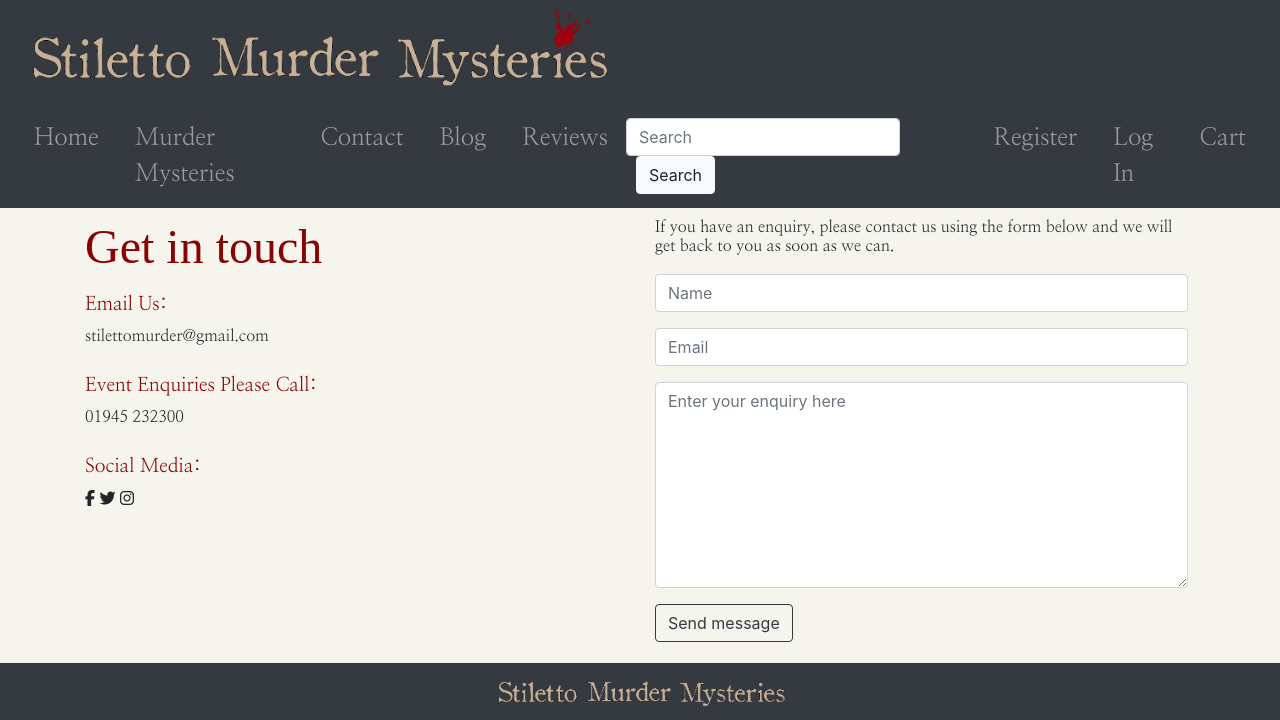
Repository: TaylorD1982/murder-milestone
Page: home/templates/contact.html
The author's editor kept a record of every edit. The page is drawn from the files as they stood at one moment, then again after the next edit.
The browser window is 1280 px wide. The pictures show the whole page.
Some icons come from a web library that is not loaded, so they are not drawn. Some web fonts or font styles are not loaded; a fallback is used. Some web libraries are served in a nearby version. The template is drawn by Django 2.2. The application's start-up code is not run. Other server files are loaded and not shown. The template is opened directly, without the code that normally fills it, so the values that code supplies are empty.

Above is the page before.
Console error (its wording comes from the project's code and is left out).

### home/templates/contact.html
{% extends 'base.html' %} {% block content %}

<div class="container">
  <div class="row contact">
    <div class="col-sm-12 col-md-12 col-lg-6 col-xl-6">

      <!-- Right hand column of bootsttap grid, showing contact details and social media -->

      <h2 class="contact-title">Get in touch</h2>

      <h3 class="contact-heading">Email Us:</h3>
      <p class="contact-content">stilettomurder@gmail.com</p>

      <h3 class="contact-heading">Event Enquiries Please Call:</h3>
      <p class="contact-content">01945 232300</p>

      <h3 class="contact-heading">Social Media:</h3>
        <p>
          <a href="https://facebook.com" target="_blank" class="fa fa-facebook fa-large" style="color:#212529;"></a>
          <a href="https://twitter.com" target="_blank" class="fa fa-twitter fa-large" style="color:#212529;"></a>
          <a href="https://instagram.com" target="_blank" class="fa fa-instagram fa-large" style="color:#212529;"></a>
        </p>
    </div>

    <div class="col-sm-12 col-md-12 col-lg-6 col-xl-6">

    <!-- Left hand column of bootsttap grid, displaying the contact form-->

      <h2 class="contact-content">If you have an enquiry, please contact us using the form below and we will get back to you as soon as we can.</h2>

      <!-- Contact form-->

      <form onsubmit="return sendMail(this);">
        <div class="form-group">
          <input type="text" name="name" class="form-control" id="fullname" placeholder="Name" required/>
        </div>
        <div class="form-group">
          <input type="text" name="emailaddress" class="form-control" id="emailaddress" placeholder="Email" required>
        </div>
        <div class="form-group">
          <textarea rows="8" name="query" class="form-control" id="query" placeholder="Enter your enquiry here" required></textarea>
        </div>
        <button type="submit" class="btn btn-outline-dark">Send message</button>
      </form>

    </div>

  </div>

</div>

{% endblock %}

### templates/base.html
{% load staticfiles %}
<!DOCTYPE html>
<html lang="en">

<head>
    <meta charset="UTF-8">
    <meta name="viewport" content="width=device-width, initial-scale=1.0">
    <meta http-equiv="X-UA-Compatible" content="ie=edge">
    <title>Stiletto Murder Mysteries</title>
    <link rel="stylesheet" href="https://stackpath.bootstrapcdn.com/bootstrap/4.3.1/css/bootstrap.min.css" integrity="sha384-ggOyR0iXCbMQv3Xipma34MD+dH/1fQ784/j6cY/iJTQUOhcWr7x9JvoRxT2MZw1T" crossorigin="anonymous">
    <link rel="stylesheet" href="{% static 'font-awesome/css/font-awesome.min.css' %}">
    <link rel="stylesheet" href="{% static 'css/custom.css' %}">
    <script src="https://cdnjs.cloudflare.com/ajax/libs/twitter-bootstrap/3.3.7/js/bootstrap.min.js"></script>
    <script src="https://code.jquery.com/jquery-3.2.1.slim.min.js" integrity="sha384-KJ3o2DKtIkvYIK3UENzmM7KCkRr/rE9/Qpg6aAZGJwFDMVNA/GpGFF93hXpG5KkN" crossorigin="anonymous"></script>
    <script src="https://cdnjs.cloudflare.com/ajax/libs/popper.js/1.12.9/umd/popper.min.js" integrity="sha384-ApNbgh9B+Y1QKtv3Rn7W3mgPxhU9K/ScQsAP7hUibX39j7fakFPskvXusvfa0b4Q" crossorigin="anonymous"></script>
    <link rel="icon" href="{% static 'images/icon.png' %}">
    <script type="text/javascript" src="https://cdn.jsdelivr.net/npm/emailjs-com@2.3.2/dist/email.min.js"></script>
    <script type="text/javascript">
        (function() {
            emailjs.init("user_UbfQMZPiQGURDwMtv5SCI");
        })();
    </script>


    <link href="https://fonts.googleapis.com/css2?family=Italianno&display=swap" rel="stylesheet">
    <script src="https://kit.fontawesome.com/5336900852.js" crossorigin="anonymous"></script>
    <link href="https://fonts.googleapis.com/css?family=Nanum+Myeongjo&display=swap" rel="stylesheet"> {% block head_js %} {% endblock head_js %}
</head>

<body class="body">
    <div class="page">
        <div class="row banner no-gutters">
            <div class="col-sm-12 col-md-12 col-lg-6 col-xl-6">
                <div>
                    <img width="100%" src="{% static 'images/banner-desktop-blood.png' %}" alt="Stiletto Murder Mysteries" class="mobileHide">
                </div>
                <div>
                    <img width="100%" src="{% static 'images/banner-mobile-blood.png' %}" alt="Stiletto Murder Mysteries" class="mobileShow">
                </div>
            </div>
            <div class="col-sm-12 col-md-12 col-lg-6 col-xl-6 banner-icons mobileHide">
                <div class="banner-contact">
                    <div>
                        <i class="fas fa-phone contact-navbar">&nbsp;&nbsp;01945 232300</i>
                    </div>
                    <div>
                        <i class="far fa-question-circle contact-navbar">&nbsp;&nbsp;stilettomurder@gmail.com</i>
                    </div>
                </div>
                <div class="banner-social-media">
                    <a href="https://facebook.com" target="_blank" class="fa fa-facebook"></a>
                    <a href="https://twitter.com" target="_blank" class="fa fa-twitter fa-large"></a>
                    <a href="https://instagram.com" target="_blank" class="fa fa-instagram fa-large"></a>
                </div>
            </div>
        </div>

        <!-- Fixed masthead -->

        <nav class="navbar navbar-expand-lg navbar-dark bg-dark">
            <button class="navbar-toggler mx-auto" type="button" data-toggle="collapse" data-target="#navbarNavAltMarkup" aria-controls="navbarNavAltMarkup" aria-expanded="false" aria-label="Toggle navigation">
    <span class="navbar-toggler-icon"></span>
  </button>
            <div class="collapse navbar-collapse" id="navbarNavAltMarkup">
                <ul class="navbar-nav mr-auto">
                    <li class="nav-item">
                        <a class="nav-link" href="/">Home</a>
                    </li>
                    <li class="nav-item">
                        <a class="nav-link" href="{% url 'products' %}">Murder Mysteries</a>
                    </li>
                    <li class="nav-item">
                        <a class="nav-link" href="{% url 'contact' %}">Contact</a>
                    </li>
                    <li class="nav-item">
                        <a class="nav-link" href="{% url 'get_posts' %}">Blog</a>
                    </li>
                    <li class="nav-item">
                        <a class="nav-link" href="{% url 'get_reviews' %}">Reviews</a>
                    </li>
                </ul>
                <form class="form-inline my-2 my-lg-0" action="{% url 'search' %}" method="get">
                    <input class="form-control search-box mr-sm-2" placeholder="Search" aria-label="Search" type="text" name="q">
                    <button class="btn btn-light my-2 my-sm-0" type="submit">Search</button>
                </form>
                <ul class="navbar-nav ml-auto">
                    {% if user.is_authenticated %}
                    <li class="nav-item">
                        <a class="nav-link" href="{% url 'profile' %}">Profile</a>
                    </li>
                    <li class="nav-item">
                        <a class="nav-link" href="{% url 'logout' %}">Log Out</a>
                    </li>
                    {% else %}
                    <li class="nav-item">
                        <a class="nav-link" href="{% url 'registration' %}">Register</a>
                    </li>
                    <li class="nav-item">
                        <a class="nav-link" href="{% url 'login' %}">Log In</a>
                    </li>
                    {% endif %}
                    <li class="nav-item">
                        <a class="nav-link" href="{% url 'view_cart' %}">
                        <i class="fa fa-shipping-cart"></i>Cart
                        {% if product_count > 0 %}
                        <label class="badge badge-warning">{{ product_count }}</label>
                        {% endif %}
                    </a>
                    </li>
                </ul>
            </div>
        </nav>
        {% if messages %}
        <div class="alert alert-success" role="alert">
            {% for message in messages %} {{ message }} {% endfor %}
        </div>
        {% endif %}
        <div class="home">
            {% block content %}

            <img width="100%" src="{% static 'images/home-page-desktop.png' %}" alt="Football League" class="mobileHide">
            <img width="100%" src="{% static 'images/home-page-mobile.png' %}" alt="Football League" class="mobileShow">


            {% endblock %}
    </div>
    </div>
    <footer class="footer">
        <div>
            <img width="100%" src="{% static 'images/footer-desktop.png' %}" alt="Stiletto Murder Mysteries">
        </div>
    </footer>

    <script src="https://code.jquery.com/jquery-3.3.1.slim.min.js" integrity="sha384-q8i/X+965DzO0rT7abK41JStQIAqVgRVzpbzo5smXKp4YfRvH+8abtTE1Pi6jizo" crossorigin="anonymous"></script>
    <script src="https://cdnjs.cloudflare.com/ajax/libs/popper.js/1.14.7/umd/popper.min.js" integrity="sha384-UO2eT0CpHqdSJQ6hJty5KVphtPhzWj9WO1clHTMGa3JDZwrnQq4sF86dIHNDz0W1" crossorigin="anonymous"></script>
    <script src="https://stackpath.bootstrapcdn.com/bootstrap/4.3.1/js/bootstrap.min.js" integrity="sha384-JjSmVgyd0p3pXB1rRibZUAYoIIy6OrQ6VrjIEaFf/nJGzIxFDsf4x0xIM+B07jRM" crossorigin="anonymous"></script>
</body>

</html>

### static/css/custom.css
/*-------------------------GENERAL STYLING--------*/

.body {
    background-color: #f5f4ed;
}

.form-group {
    padding-right: 7px;
}

.home {
    position: relative;
}

/*-------------buttons--------*/

.btn {
    margin-left: 10px;
}

.btn-outline-dark {
    margin-left: 0px;
}

/*---------------Hiding and resizing on different screen sizes-------*/

.mobileShow {
    display: none;
}

@media only screen and (min-device-width: 0px) and (max-device-width: 1100px) {
    .mobileShow {
        display: inline;
    }
}

.mobileHide {
    display: inline;
}

@media only screen and (min-device-width: 0px) and (max-device-width: 1100px) {
    .mobileHide {
        display: none;
    }
}

/*---------------Below styling makes footer stick to the foot of the page-------*/

html,
body {
    height: 100%;
}

body {
    display: flex;
    flex-direction: column;
}

.page {
    flex: 1 0 auto;
}

.footer {
    flex-shrink: 0;
}

/*-------------------------NAVIGATION BAR--------*/

.navbar-nav {
    font-family: 'Nanum Myeongjo', serif;
    font-size: 1.25em;
}

@media only screen and (min-device-width: 0px) and (max-device-width: 1100px) {
    .navbar-nav {
        font-size: 1.5em;
    }
}

.nav-item {
    padding-left: 10px;
    padding-right: 10px;
}

.fa {
    color: #C7B299;
    font-size: 1em;
    transition: transform .2s;
    margin: 0 auto;
}

.search-box {
    width: 230px;
}

.alert {
    margin-bottom: 0rem;
}

.badge-warning {
    color: #DCDCDC;
    background-color: #8a0303;
}

/*-------------MURDER MYSTERIES--------*/

.product-name {
    font-family: 'Italianno', cursive;
    color: #8a0303;
    font-size: 4em;
}

.product-description {
    font-family: 'Nanum Myeongjo', serif;
    font-size: 1.25em;
}

@media only screen and (min-device-width: 0px) and (max-device-width: 1100px) {
    .product-description {
        font-size: 1.1em;
    }
}

@media only screen and (min-device-width: 0px) and (max-device-width: 1100px) {
    .product-image {
        padding-bottom: 20px;
        padding-left: 50px;
        padding-right: 50px;
    }
}

/*-------------Murder Mysteries Modals--------*/

.modal-title {
    font-family: 'Italianno', cursive;
    color: #8a0303;
    font-size: 2.75em;
    line-height: 1.2em;
}

@media only screen and (min-device-width: 0px) and (max-device-width: 1100px) {
.modal-title {
    padding-top: 25px;
}}

.modal-description {
    font-family: 'Nanum Myeongjo', serif;
    font-size: 1.1em;
}

.modal-header {
    padding-top: 5px;
    padding-left: 10px;
    padding-bottom: 0px;
    border-bottom: none;
}

/*-------------Padding at top of Murder Mysteries page on different screen sizes--------*/

.products {
    padding-top: 30px;
}

@media only screen and (min-device-width: 0px) and (max-device-width: 1100px) {
    .products {
        padding-top: 5px;
    }
}

/*-------------BANNER--------*/

.banner-icons {
    position: relative;
}

.banner-social-media {
    position: absolute;
    bottom: 10px;
    right: 50px;
}

.banner-contact {
    position: absolute;
    bottom: 50px;
    right: 50px;
}

.banner {
    background-color: #343A40;
}

.contact-navbar {
    font-family: 'Nanum Myeongjo', serif;
    font-size: 1em;
    float: right;
    color: #C7B299;
    padding-top: 5px;
    padding-bottom: 10px;
}


/*-------------------------CONTACT PAGE------*/

/*-------------------------Padding at top and bottom of page on different screen sizes-------*/

.contact {
    padding-top: 50px;
    padding-bottom: 15px;
}

@media only screen and (min-device-width: 0px) and (max-device-width: 1100px) {
    .contact {
        padding-top: 10px;
        padding-bottom: 10px;
    }
}

.contact-title {
    font-family: 'Italianno', cursive;
    color: #8a0303;
    font-size: 4em;
    padding-bottom: 20px;
}

@media only screen and (min-device-width: 0px) and (max-device-width: 1100px) {
.contact-title {
    font-size: 3em;
    padding-bottom: 10px;
}}

.contact-heading {
    font-family: 'Nanum Myeongjo', serif;
    font-size: 1.5em;
    color: #8a0303
}

@media only screen and (min-device-width: 0px) and (max-device-width: 1100px) {
.contact-heading {
    font-size: 1.2em;
}}

.contact-content {
    font-family: 'Nanum Myeongjo', serif;
    font-size: 1.3em;
    padding-bottom: 30px;
}

@media only screen and (min-device-width: 0px) and (max-device-width: 1100px) {
    .contact-content {
        font-size: 1em;
        padding-bottom: 10px;
        padding-bottom: 10px;
    }
}

.fa:hover {
    -ms-transform: scale(1.1);
    /* IE 9 */
    -webkit-transform: scale(1.1);
    /* Safari 3-8 */
    transform: scale(1.1);
    color: black;
    text-decoration: none;
}

/*-----------------CART-------*/

/*--------Padding at top and bottom of page on different screen sizes-------*/

.cart {
    padding-top: 50px;
}

@media only screen and (min-device-width: 0px) and (max-device-width: 1100px) {
    .cart {
        padding-top: 10px;
        padding-bottom: 10px;
    }
}

.cart-details {
    font-family: 'Nanum Myeongjo', serif;
    font-size: 1.3em;
    padding-bottom: 10px;
}

@media only screen and (min-device-width: 0px) and (max-device-width: 1100px) {
    .cart-details {
        font-size: 1em;
    }
}

.cart-title {
    font-family: 'Italianno', cursive;
    color: #8a0303;
    font-size: 4em;
    padding-bottom: 20px;
}

@media only screen and (min-device-width: 0px) and (max-device-width: 1100px) {
    .cart-title {
        padding-top: 15px;
        padding-bottom: 0px;
        font-size: 3em;
    }
}

/*----------LOG IN PAGE-------*/

.login-title {
    font-family: 'Italianno', cursive;
    color: #8a0303;
    font-size: 3em;
    padding-bottom: 20px;
}

@media only screen and (min-device-width: 0px) and (max-device-width: 1100px) {
    .login-title {
        font-size: 2em;
    }
}

.login-forgot {
    font-family: 'Italianno', cursive;
    color: #8a0303;
    font-size: 2.2em;
    padding-bottom: 10px;
    padding-top: 30px;
}

@media only screen and (min-device-width: 0px) and (max-device-width: 1100px) {
    .login-forgot {
        font-size: 2em;
    }
}

.login-form {
    padding-right: 155px;
    padding-left: 155px;
    padding-top: 50px;
    padding-bottom: 100px;
}

@media only screen and (min-device-width: 0px) and (max-device-width: 1100px) {
    .login-form {
        padding-right: 15px;
        padding-left: 15px;
        padding-bottom: 15px;
    }
}

/*------------REVIEWS-------*/

.review-box {
    padding-top: 50px;
    padding-bottom: 15px;
}

@media only screen and (min-device-width: 0px) and (max-device-width: 1100px) {
    .review-box {
        padding-top: 55px;
        padding-bottom: 15px;
    }
}

.post-review {
    position: absolute;
    top: 20px;
    right: 50px;
}

@media only screen and (min-device-width: 0px) and (max-device-width: 1100px) {
    .post-review {
        top: 15px;
        left: 8px;
        padding-bottom: 40px;
    }
}

.review-title {
    font-family: 'Italianno', cursive;
    color: #8a0303;
    font-size: 3em;
}

@media only screen and (min-device-width: 0px) and (max-device-width: 1100px) {
    .review-title {
        font-size: 2.5em;
        padding-bottom: 0px;
        padding-top: 10px;
    }
}

.review-content {
    font-family: 'Nanum Myeongjo', serif;
    font-size: 1.3em;
    padding-bottom: 1px;
    padding-top: 10px;
}

@media only screen and (min-device-width: 0px) and (max-device-width: 1100px) {
    .review-content {
        font-size: 1em;
        padding-bottom: 0px;
        padding-top: 0px;
    }
}

.review-by {
    font-family: 'Nanum Myeongjo', serif;
    font-size: 1em;
    padding-bottom: 1px;
    padding-top: 10px;
}

.stars {
    color: #DAA520;
    font-size: 1.3em;
}

/*---------------BLOG-------*/

.blog {
    padding-top: 50px;
}

@media only screen and (min-device-width: 0px) and (max-device-width: 1100px) {
    .blog {
        padding-top: 10px;
        padding-bottom: 10px;
    }
}

.blog-title {
    font-family: 'Italianno', cursive;
    color: #8a0303;
    font-size: 3em;
}

@media only screen and (min-device-width: 0px) and (max-device-width: 1100px) {
    .blog-title {
        font-size: 2.5em;
        padding-top: 35px;
    }
}

.blog-content {
    font-family: 'Nanum Myeongjo', serif;
    font-size: 1.3em;
    padding-bottom: 1px;
    padding-top: 10px;
}

@media only screen and (min-device-width: 0px) and (max-device-width: 1100px) {
    .blog-content {
        font-size: 1em;
        padding-top: 10px;
    }
}

.blog-info {
    font-family: 'Nanum Myeongjo', serif;
    font-size: 1em;
    padding-bottom: 1px;
    padding-top: 10px;
}

/*---------------Checkout-------*/

.checkout {
    padding-top: 50px;
    padding-bottom: 15px;
}

@media only screen and (min-device-width: 0px) and (max-device-width: 1100px) {
    .checkout {
        padding-top: 30px;
    }
}

.checkout-title {
    color: #8a0303;
    font-family: 'Italianno', cursive;
    font-size: 3em;
    padding-top: 5px;
}

.checkout-payment {
    color: #8a0303;
    font-family: 'Italianno', cursive;
    font-size: 3em;
}

.checkout-details {
    font-family: 'Nanum Myeongjo', serif;
    font-size: 1.3em;
}

@media only screen and (min-device-width: 0px) and (max-device-width: 1100px) {
    .checkout-details {
        font-size: 1em;
    }
}

.checkout-container {
    padding-left: 50px;
    padding-right: 50px;
}

@media only screen and (min-device-width: 0px) and (max-device-width: 1100px) {
    .checkout-container {
        padding-left: 10px;
        padding-right: 10px;
    }
}

.checkout-form {
    margin-bottom: 0px;
}

Loaded but not shown: static/font-awesome/css/font-awesome.min.css (library)

After the next edit:
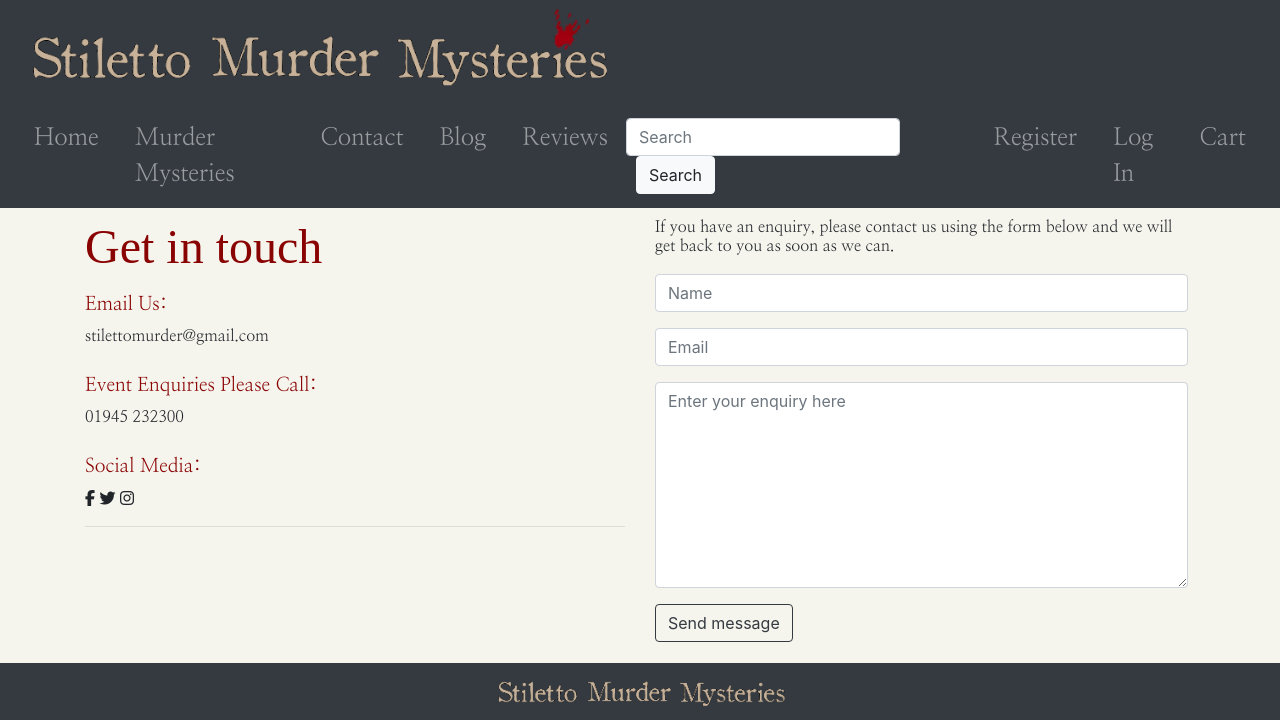
The edit:
--- a/home/templates/contact.html
+++ b/home/templates/contact.html
@@ -20,6 +20,10 @@
           <a href="https://twitter.com" target="_blank" class="fa fa-twitter fa-large" style="color:#212529;"></a>
           <a href="https://instagram.com" target="_blank" class="fa fa-instagram fa-large" style="color:#212529;"></a>
         </p>
+
+      <div class="mobileShow">
+            <hr>
+        </div>
     </div>
 
     <div class="col-sm-12 col-md-12 col-lg-6 col-xl-6">
